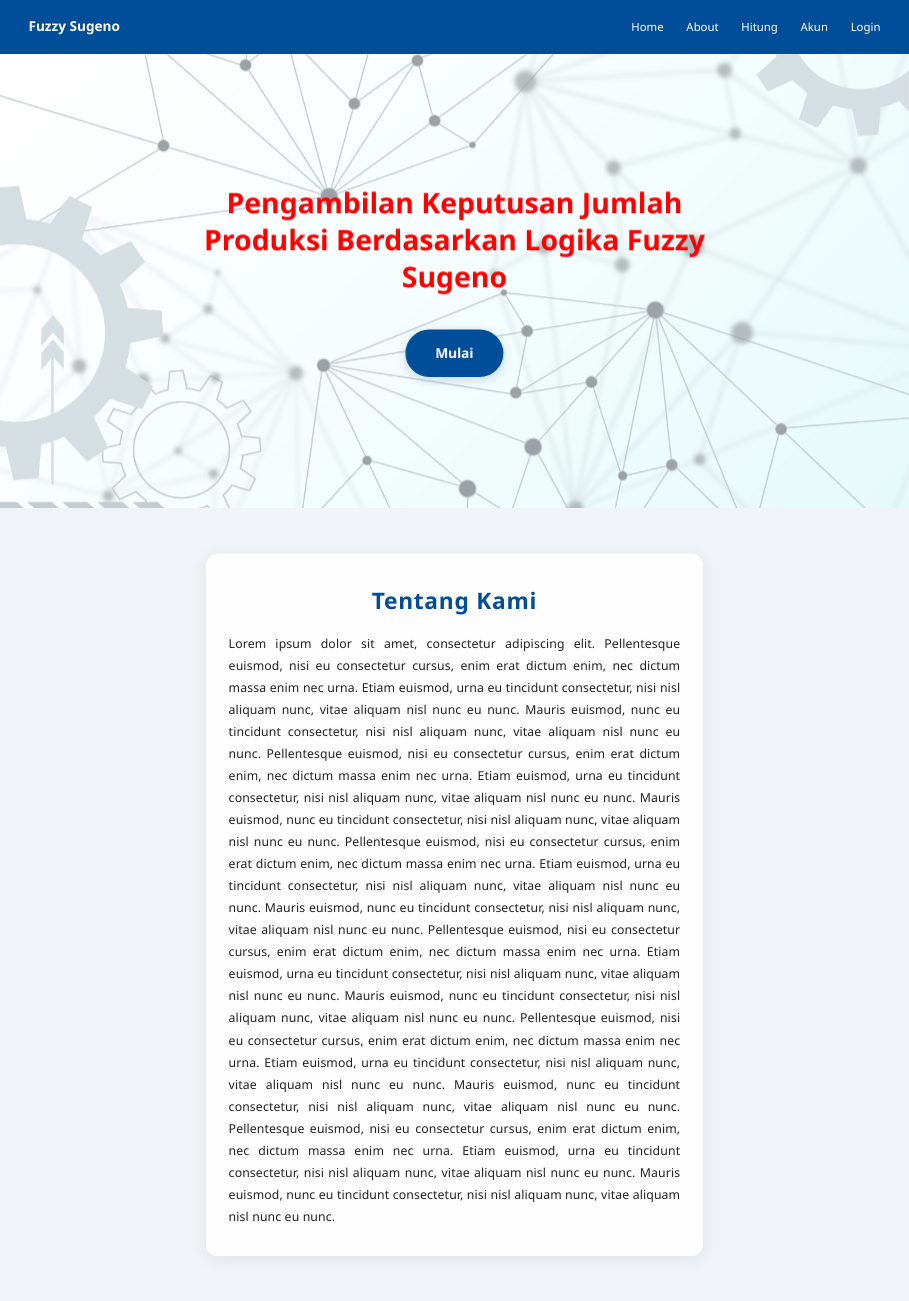
Repository: Senicccc/Defuzzy-Sugeno
Page: http://localhost/
These files come from the project's save history. The page is drawn as it stood at one moment and after the next save; the edit follows.
The browser window is 1280 px wide. The pictures show the whole page, at 71% of full size.
The page is run by PHP 8.4 with error messages shown; the project is at /var/www/html/.

Above is the page before, as saved 2025-06-08 11:40:11.

### index.php
<!DOCTYPE html>
<html lang="id">

<head>
    <meta charset="UTF-8" />
    <meta name="viewport" content="width=device-width, initial-scale=1.0" />
    <title>Fuzzy Sugeno - Produksi</title>
    <link rel="icon" href="img/favicon.png" type="image/png">
    <link rel="stylesheet" href="css/index.css">
</head>

<body>

    <?php
    require_once 'php/header-index.php';
    ?>

    <section class="hero" style="background: url('img/menu-bg.jpg') center center/cover no-repeat;">
        <h1>Pengambilan Keputusan Jumlah Produksi Berdasarkan Logika Fuzzy Sugeno</h1>
        <a href="php/form.php" class="start-button">Mulai</a>
    </section>

    <section id="about-section">
        <div class="about-content">
            <h1>Tentang Kami</h1>
            <p>
                Lorem ipsum dolor sit amet, consectetur adipiscing elit. Pellentesque euismod, nisi eu consectetur
                cursus, enim erat dictum enim, nec dictum massa enim nec urna. Etiam euismod, urna eu tincidunt
                consectetur, nisi nisl aliquam nunc, vitae aliquam nisl nunc eu nunc. Mauris euismod, nunc eu
                tincidunt consectetur, nisi nisl aliquam nunc, vitae aliquam nisl nunc eu nunc. Pellentesque euismod,
                nisi eu consectetur cursus, enim erat dictum enim, nec dictum massa enim nec urna. Etiam euismod, urna
                eu tincidunt consectetur, nisi nisl aliquam nunc, vitae aliquam nisl nunc eu nunc. Mauris euismod, nunc
                eu
                tincidunt consectetur, nisi nisl aliquam nunc, vitae aliquam nisl nunc eu nunc. Pellentesque euismod,
                nisi eu consectetur cursus, enim erat dictum enim, nec dictum massa enim nec urna. Etiam euismod, urna
                eu tincidunt consectetur, nisi nisl aliquam nunc, vitae aliquam nisl nunc eu nunc. Mauris euismod, nunc
                eu tincidunt consectetur, nisi nisl aliquam nunc, vitae aliquam nisl nunc eu nunc. Pellentesque euismod,
                nisi eu consectetur cursus, enim erat dictum enim, nec dictum massa enim nec urna. Etiam euismod, urna
                eu tincidunt consectetur, nisi nisl aliquam nunc, vitae aliquam nisl nunc eu nunc. Mauris euismod, nunc
                eu tincidunt consectetur, nisi nisl aliquam nunc, vitae aliquam nisl nunc eu nunc. Pellentesque euismod,
                nisi eu consectetur cursus, enim erat dictum enim, nec dictum massa enim nec urna. Etiam euismod, urna
                eu tincidunt consectetur, nisi nisl aliquam nunc, vitae aliquam nisl nunc eu nunc. Mauris euismod, nunc
                eu tincidunt consectetur, nisi nisl aliquam nunc, vitae aliquam nisl nunc eu nunc. Pellentesque euismod,
                nisi eu consectetur cursus, enim erat dictum enim, nec dictum massa enim nec urna. Etiam euismod, urna
                eu tincidunt consectetur, nisi nisl aliquam nunc, vitae aliquam nisl nunc eu nunc. Mauris euismod, nunc
                eu tincidunt consectetur, nisi nisl aliquam nunc, vitae aliquam nisl nunc eu nunc.
            </p>
        </div>
    </section>

</body>

</html>

### php/header-index.php
<!DOCTYPE html>
<html lang="id">

<head>
    <meta charset="UTF-8" />
    <meta name="viewport" content="width=device-width, initial-scale=1.0" />
    <title>Fuzzy Sugeno - Produksi</title>
    <link rel="stylesheet" href="https://cdnjs.cloudflare.com/ajax/libs/font-awesome/6.0.0/css/all.min.css">

    <style>
    * {
        margin: 0;
        padding: 0;
        box-sizing: border-box;
        font-family: 'Segoe UI', Tahoma, Geneva, Verdana, sans-serif;
    }

    body {
        background: #f0f4f8;
        color: #333;
    }

    nav {
        background-color: #004d99;
        position: sticky;
        top: 0;
        z-index: 1000;
        padding: 1.4rem 2.4rem;
    }

    .nav-container {
        display: flex;
        justify-content: space-between;
        align-items: center;
        max-width: 1200px;
        margin: 0 auto;
        flex-wrap: wrap;
    }

    .logo {
        color: white;
        font-weight: 800;
        font-size: larger;
    }

    .nav-links {
        display: flex;
        gap: 2rem;
    }

    .nav-links a {
        text-decoration: none;
        color: white;
        font-weight: 500;
        font-size: 1rem;
        transition: color 0.3s;
    }

    .nav-links a:hover {
        color: #ffcc00;
    }

    .burger {
        display: none;
        font-size: 1.5rem;
        color: white;
        cursor: pointer;
        padding: 0.5rem;
    }

    @media (max-width: 768px) {
        .nav-links {
            display: none;
            flex-direction: column;
            background-color: #004d99;
            width: 100%;
            text-align: center;
            margin-top: 1rem;
            padding-bottom: 1rem;
            gap: 1rem;
            order: 1;
        }

        .nav-links.active {
            display: flex;
        }

        .burger {
            display: block;
            margin-left: auto;
            /* Memposisikan burger di kanan */
        }

        nav {
            padding: 0.75rem 1.5rem;
        }
    }
    </style>
</head>

<body>

    <nav>
        <div class="nav-container">
            <div class="logo">Fuzzy Sugeno</div>
            <div class="burger" id="burger"><i class="fas fa-bars"></i></div>
            <div class="nav-links" id="navLinks">
                <a href="index.php">Home</a>
                <a href="index.php#about-section">About</a>
                <a href="php/form.php">Hitung</a>
                <a href="php/account.php">Akun</a>
                <?php if (isset($_SESSION['user_id'])): ?>
                <a href="php/logout.php">Logout</a>
                <?php else: ?>
                <a href="php/login.php">Login</a>
                <?php endif; ?>
            </div>
        </div>
    </nav>

    <script>
    const burger = document.getElementById('burger');
    const navLinks = document.getElementById('navLinks');

    burger.addEventListener('click', () => {
        navLinks.classList.toggle('active');
    });
    </script>

</body>

</html>

### css/index.css
* {
  margin: 0;
  padding: 0;
  box-sizing: border-box;
  font-family: "Segoe UI", Tahoma, Geneva, Verdana, sans-serif;
}

body {
  background: linear-gradient(135deg, #f0f4f8 0%, #dfe7ee 100%);
  color: #333;
  min-height: 100vh;
  line-height: 1.6;
}

/* Hero Section */
.hero {
  display: flex;
  flex-direction: column;
  justify-content: center;
  align-items: center;
  text-align: center;
  min-height: calc(100vh - 80px);
  padding: 2rem;
  background-image: radial-gradient(
      circle at 10% 20%,
      rgba(0, 77, 153, 0.05) 0%,
      transparent 20%
    ),
    radial-gradient(
      circle at 90% 80%,
      rgba(0, 77, 153, 0.05) 0%,
      transparent 20%
    );
}

.hero h1 {
  font-size: 2.5rem;
  font-weight: 1000;
  color: red;
  /* color: #003e7b; */
  margin-bottom: 2rem;
  max-width: 800px;
  line-height: 1.3;
  text-shadow: 1px 1px 2px rgba(0, 0, 0, 0);
}

.start-button {
  display: inline-block;
  background-color: #004d99;
  color: white;
  padding: 1rem 2.5rem;
  border-radius: 50px;
  text-decoration: none;
  font-weight: 600;
  font-size: 1.2rem;
  transition: all 0.3s ease;
  box-shadow: 0 4px 15px rgba(0, 77, 153, 0.2);
  border: 2px solid #004d99;
  margin-top: 1rem;
}

.start-button:hover {
  background-color: #ffcc00;
  color: #004d99;
  transform: translateY(-3px);
  box-shadow: 0 6px 20px rgba(0, 77, 153, 0.3);
}

.start-button:active {
  transform: translateY(1px);
}

/* Responsive Design */
@media (max-width: 768px) {
  .hero {
    padding: 1.5rem;
    min-height: calc(100vh - 60px);
  }

  .hero h1 {
    font-size: 1.8rem;
    margin-bottom: 1.5rem;
  }

  .start-button {
    padding: 0.8rem 2rem;
    font-size: 1rem;
  }
}

@media (max-width: 480px) {
  .hero h1 {
    font-size: 1.5rem;
  }

  .start-button {
    padding: 0.7rem 1.8rem;
  }
}

/* Animasi */
@keyframes fadeIn {
  from {
    opacity: 0;
    transform: translateY(20px);
  }
  to {
    opacity: 1;
    transform: translateY(0);
  }
}

.hero {
  animation: fadeIn 0.8s ease-out forwards;
}

.start-button {
  animation: fadeIn 1s ease-out 0.3s both;
}

/* About Section */
#about-section {
  width: 100%;
  display: flex;
  flex-direction: column;
  align-items: center;
  padding: 64px 16px 64px 16px;
  background: transparent;
}

.about-content {
  max-width: 700px;
  background: rgba(255, 255, 255, 0.92);
  border-radius: 16px;
  padding: 2.5rem 2rem;
  color: #222;
  box-shadow: 0 4px 24px rgba(0, 0, 0, 0.08);
  text-align: left;
  margin: 0 auto;
}

.about-content h1 {
  color: #004d99;
  margin-bottom: 1.2rem;
  font-size: 2rem;
  font-weight: 900;
  text-align: center;
  letter-spacing: 1px;
}

.about-content p {
  font-size: 1.08rem;
  line-height: 1.8;
  letter-spacing: 0.01em;
  text-align: justify;
}

/* Responsive */
@media (max-width: 768px) {
  .about-content {
    padding: 1.5rem 1rem;
  }
  .about-content h1 {
    font-size: 1.3rem;
  }
}

After the next save:
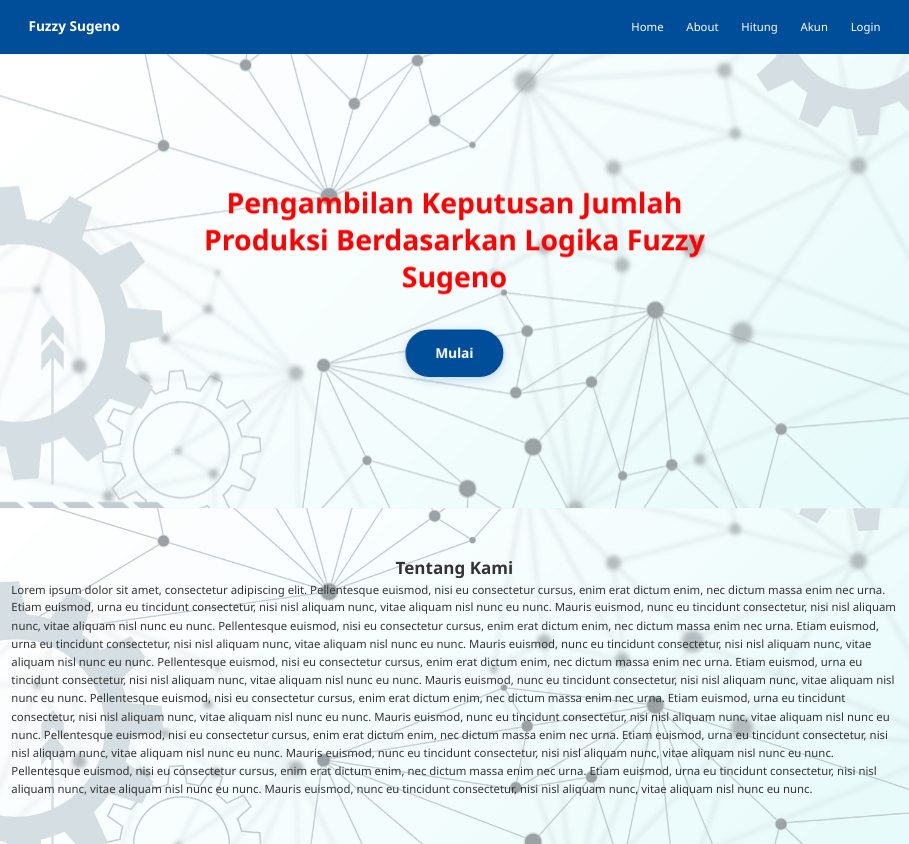
Saved 39 s later.
--- a/index.php
+++ b/index.php
@@ -20,31 +20,31 @@
         <a href="php/form.php" class="start-button">Mulai</a>
     </section>
 
-    <section id="about-section">
-        <div class="about-content">
-            <h1>Tentang Kami</h1>
-            <p>
-                Lorem ipsum dolor sit amet, consectetur adipiscing elit. Pellentesque euismod, nisi eu consectetur
-                cursus, enim erat dictum enim, nec dictum massa enim nec urna. Etiam euismod, urna eu tincidunt
-                consectetur, nisi nisl aliquam nunc, vitae aliquam nisl nunc eu nunc. Mauris euismod, nunc eu
-                tincidunt consectetur, nisi nisl aliquam nunc, vitae aliquam nisl nunc eu nunc. Pellentesque euismod,
-                nisi eu consectetur cursus, enim erat dictum enim, nec dictum massa enim nec urna. Etiam euismod, urna
-                eu tincidunt consectetur, nisi nisl aliquam nunc, vitae aliquam nisl nunc eu nunc. Mauris euismod, nunc
-                eu
-                tincidunt consectetur, nisi nisl aliquam nunc, vitae aliquam nisl nunc eu nunc. Pellentesque euismod,
-                nisi eu consectetur cursus, enim erat dictum enim, nec dictum massa enim nec urna. Etiam euismod, urna
-                eu tincidunt consectetur, nisi nisl aliquam nunc, vitae aliquam nisl nunc eu nunc. Mauris euismod, nunc
-                eu tincidunt consectetur, nisi nisl aliquam nunc, vitae aliquam nisl nunc eu nunc. Pellentesque euismod,
-                nisi eu consectetur cursus, enim erat dictum enim, nec dictum massa enim nec urna. Etiam euismod, urna
-                eu tincidunt consectetur, nisi nisl aliquam nunc, vitae aliquam nisl nunc eu nunc. Mauris euismod, nunc
-                eu tincidunt consectetur, nisi nisl aliquam nunc, vitae aliquam nisl nunc eu nunc. Pellentesque euismod,
-                nisi eu consectetur cursus, enim erat dictum enim, nec dictum massa enim nec urna. Etiam euismod, urna
-                eu tincidunt consectetur, nisi nisl aliquam nunc, vitae aliquam nisl nunc eu nunc. Mauris euismod, nunc
-                eu tincidunt consectetur, nisi nisl aliquam nunc, vitae aliquam nisl nunc eu nunc. Pellentesque euismod,
-                nisi eu consectetur cursus, enim erat dictum enim, nec dictum massa enim nec urna. Etiam euismod, urna
-                eu tincidunt consectetur, nisi nisl aliquam nunc, vitae aliquam nisl nunc eu nunc. Mauris euismod, nunc
-                eu tincidunt consectetur, nisi nisl aliquam nunc, vitae aliquam nisl nunc eu nunc.
-            </p>
+    <section id="about-section" style="background: url('img/menu-bg.jpg') center center/cover no-repeat;>
+        <div class=" about-content">
+        <h1>Tentang Kami</h1>
+        <p>
+            Lorem ipsum dolor sit amet, consectetur adipiscing elit. Pellentesque euismod, nisi eu consectetur
+            cursus, enim erat dictum enim, nec dictum massa enim nec urna. Etiam euismod, urna eu tincidunt
+            consectetur, nisi nisl aliquam nunc, vitae aliquam nisl nunc eu nunc. Mauris euismod, nunc eu
+            tincidunt consectetur, nisi nisl aliquam nunc, vitae aliquam nisl nunc eu nunc. Pellentesque euismod,
+            nisi eu consectetur cursus, enim erat dictum enim, nec dictum massa enim nec urna. Etiam euismod, urna
+            eu tincidunt consectetur, nisi nisl aliquam nunc, vitae aliquam nisl nunc eu nunc. Mauris euismod, nunc
+            eu
+            tincidunt consectetur, nisi nisl aliquam nunc, vitae aliquam nisl nunc eu nunc. Pellentesque euismod,
+            nisi eu consectetur cursus, enim erat dictum enim, nec dictum massa enim nec urna. Etiam euismod, urna
+            eu tincidunt consectetur, nisi nisl aliquam nunc, vitae aliquam nisl nunc eu nunc. Mauris euismod, nunc
+            eu tincidunt consectetur, nisi nisl aliquam nunc, vitae aliquam nisl nunc eu nunc. Pellentesque euismod,
+            nisi eu consectetur cursus, enim erat dictum enim, nec dictum massa enim nec urna. Etiam euismod, urna
+            eu tincidunt consectetur, nisi nisl aliquam nunc, vitae aliquam nisl nunc eu nunc. Mauris euismod, nunc
+            eu tincidunt consectetur, nisi nisl aliquam nunc, vitae aliquam nisl nunc eu nunc. Pellentesque euismod,
+            nisi eu consectetur cursus, enim erat dictum enim, nec dictum massa enim nec urna. Etiam euismod, urna
+            eu tincidunt consectetur, nisi nisl aliquam nunc, vitae aliquam nisl nunc eu nunc. Mauris euismod, nunc
+            eu tincidunt consectetur, nisi nisl aliquam nunc, vitae aliquam nisl nunc eu nunc. Pellentesque euismod,
+            nisi eu consectetur cursus, enim erat dictum enim, nec dictum massa enim nec urna. Etiam euismod, urna
+            eu tincidunt consectetur, nisi nisl aliquam nunc, vitae aliquam nisl nunc eu nunc. Mauris euismod, nunc
+            eu tincidunt consectetur, nisi nisl aliquam nunc, vitae aliquam nisl nunc eu nunc.
+        </p>
         </div>
     </section>
 

After the save that followed:
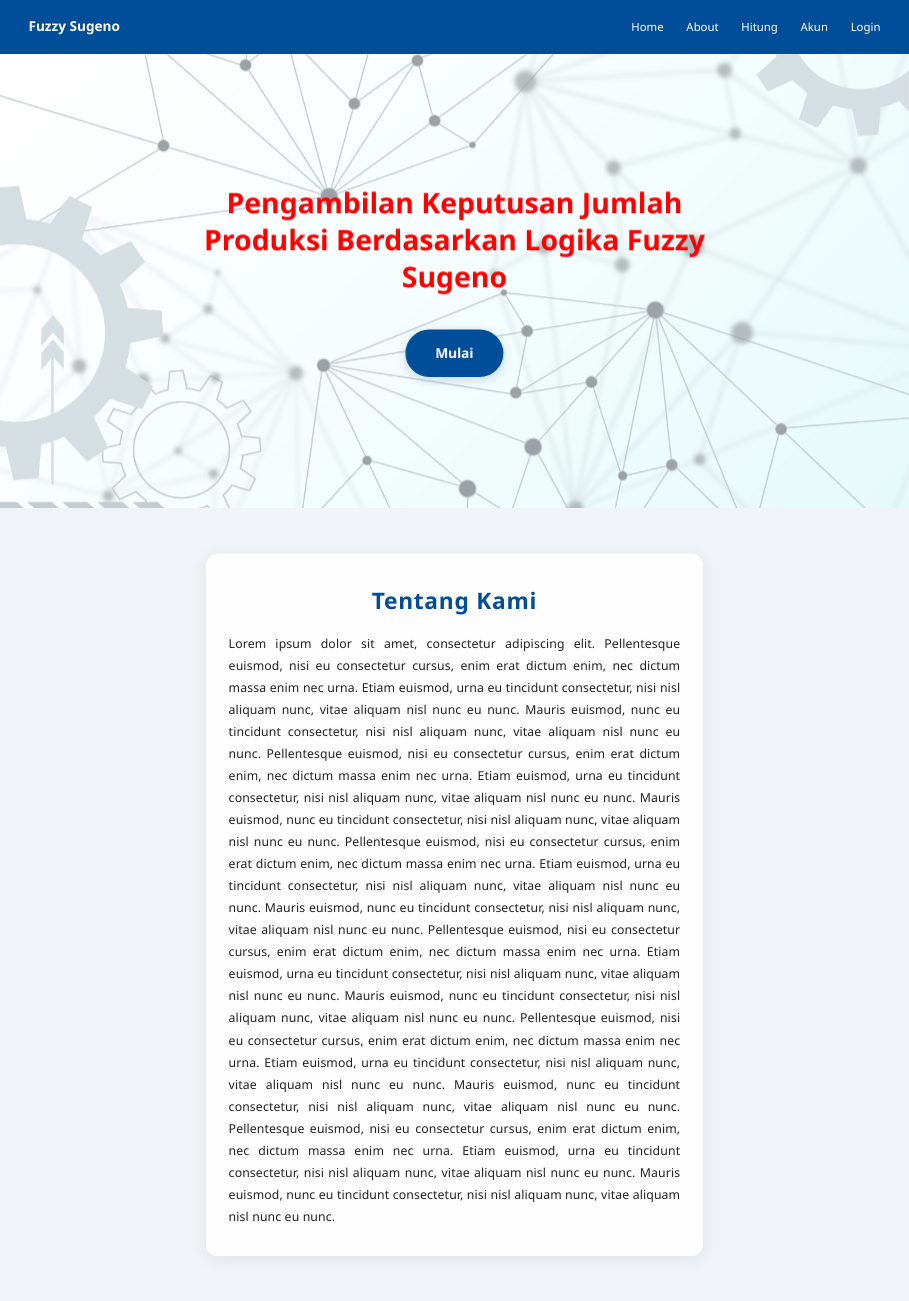
Saved 18 s later.
--- a/index.php
+++ b/index.php
@@ -20,31 +20,31 @@
         <a href="php/form.php" class="start-button">Mulai</a>
     </section>
 
-    <section id="about-section" style="background: url('img/menu-bg.jpg') center center/cover no-repeat;>
-        <div class=" about-content">
-        <h1>Tentang Kami</h1>
-        <p>
-            Lorem ipsum dolor sit amet, consectetur adipiscing elit. Pellentesque euismod, nisi eu consectetur
-            cursus, enim erat dictum enim, nec dictum massa enim nec urna. Etiam euismod, urna eu tincidunt
-            consectetur, nisi nisl aliquam nunc, vitae aliquam nisl nunc eu nunc. Mauris euismod, nunc eu
-            tincidunt consectetur, nisi nisl aliquam nunc, vitae aliquam nisl nunc eu nunc. Pellentesque euismod,
-            nisi eu consectetur cursus, enim erat dictum enim, nec dictum massa enim nec urna. Etiam euismod, urna
-            eu tincidunt consectetur, nisi nisl aliquam nunc, vitae aliquam nisl nunc eu nunc. Mauris euismod, nunc
-            eu
-            tincidunt consectetur, nisi nisl aliquam nunc, vitae aliquam nisl nunc eu nunc. Pellentesque euismod,
-            nisi eu consectetur cursus, enim erat dictum enim, nec dictum massa enim nec urna. Etiam euismod, urna
-            eu tincidunt consectetur, nisi nisl aliquam nunc, vitae aliquam nisl nunc eu nunc. Mauris euismod, nunc
-            eu tincidunt consectetur, nisi nisl aliquam nunc, vitae aliquam nisl nunc eu nunc. Pellentesque euismod,
-            nisi eu consectetur cursus, enim erat dictum enim, nec dictum massa enim nec urna. Etiam euismod, urna
-            eu tincidunt consectetur, nisi nisl aliquam nunc, vitae aliquam nisl nunc eu nunc. Mauris euismod, nunc
-            eu tincidunt consectetur, nisi nisl aliquam nunc, vitae aliquam nisl nunc eu nunc. Pellentesque euismod,
-            nisi eu consectetur cursus, enim erat dictum enim, nec dictum massa enim nec urna. Etiam euismod, urna
-            eu tincidunt consectetur, nisi nisl aliquam nunc, vitae aliquam nisl nunc eu nunc. Mauris euismod, nunc
-            eu tincidunt consectetur, nisi nisl aliquam nunc, vitae aliquam nisl nunc eu nunc. Pellentesque euismod,
-            nisi eu consectetur cursus, enim erat dictum enim, nec dictum massa enim nec urna. Etiam euismod, urna
-            eu tincidunt consectetur, nisi nisl aliquam nunc, vitae aliquam nisl nunc eu nunc. Mauris euismod, nunc
-            eu tincidunt consectetur, nisi nisl aliquam nunc, vitae aliquam nisl nunc eu nunc.
-        </p>
+    <section id="about-section">
+        <div class="about-content">
+            <h1>Tentang Kami</h1>
+            <p>
+                Lorem ipsum dolor sit amet, consectetur adipiscing elit. Pellentesque euismod, nisi eu consectetur
+                cursus, enim erat dictum enim, nec dictum massa enim nec urna. Etiam euismod, urna eu tincidunt
+                consectetur, nisi nisl aliquam nunc, vitae aliquam nisl nunc eu nunc. Mauris euismod, nunc eu
+                tincidunt consectetur, nisi nisl aliquam nunc, vitae aliquam nisl nunc eu nunc. Pellentesque euismod,
+                nisi eu consectetur cursus, enim erat dictum enim, nec dictum massa enim nec urna. Etiam euismod, urna
+                eu tincidunt consectetur, nisi nisl aliquam nunc, vitae aliquam nisl nunc eu nunc. Mauris euismod, nunc
+                eu
+                tincidunt consectetur, nisi nisl aliquam nunc, vitae aliquam nisl nunc eu nunc. Pellentesque euismod,
+                nisi eu consectetur cursus, enim erat dictum enim, nec dictum massa enim nec urna. Etiam euismod, urna
+                eu tincidunt consectetur, nisi nisl aliquam nunc, vitae aliquam nisl nunc eu nunc. Mauris euismod, nunc
+                eu tincidunt consectetur, nisi nisl aliquam nunc, vitae aliquam nisl nunc eu nunc. Pellentesque euismod,
+                nisi eu consectetur cursus, enim erat dictum enim, nec dictum massa enim nec urna. Etiam euismod, urna
+                eu tincidunt consectetur, nisi nisl aliquam nunc, vitae aliquam nisl nunc eu nunc. Mauris euismod, nunc
+                eu tincidunt consectetur, nisi nisl aliquam nunc, vitae aliquam nisl nunc eu nunc. Pellentesque euismod,
+                nisi eu consectetur cursus, enim erat dictum enim, nec dictum massa enim nec urna. Etiam euismod, urna
+                eu tincidunt consectetur, nisi nisl aliquam nunc, vitae aliquam nisl nunc eu nunc. Mauris euismod, nunc
+                eu tincidunt consectetur, nisi nisl aliquam nunc, vitae aliquam nisl nunc eu nunc. Pellentesque euismod,
+                nisi eu consectetur cursus, enim erat dictum enim, nec dictum massa enim nec urna. Etiam euismod, urna
+                eu tincidunt consectetur, nisi nisl aliquam nunc, vitae aliquam nisl nunc eu nunc. Mauris euismod, nunc
+                eu tincidunt consectetur, nisi nisl aliquam nunc, vitae aliquam nisl nunc eu nunc.
+            </p>
         </div>
     </section>
 
